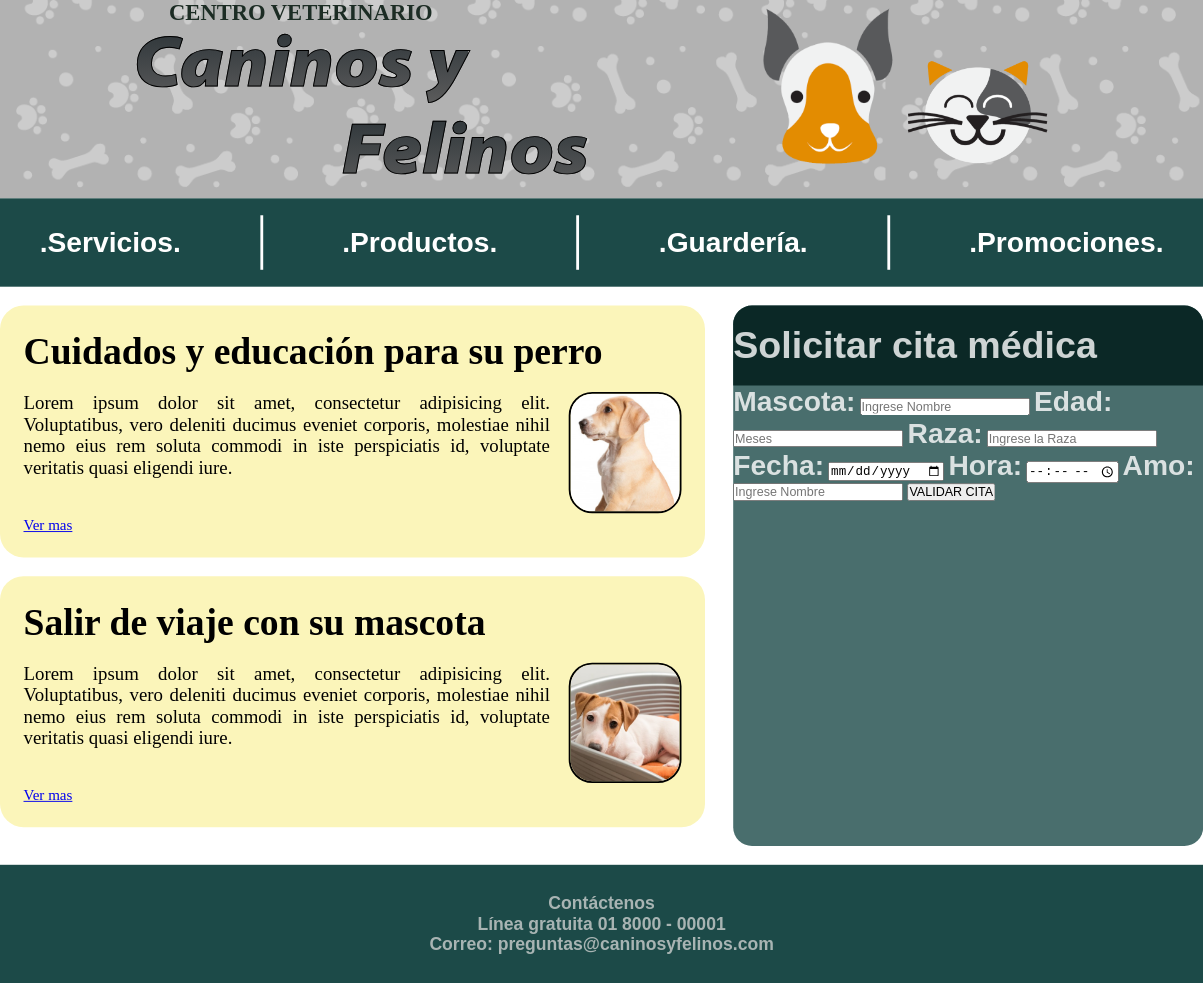
Repository: mariomr87/senaweb01
Page: principal.html
An editor plug-in stored every save of this project. The page is shown before and after the next save, followed by the edit.
The browser window is 1280 px wide. The pictures show the whole page, at 94% of full size.

Above is the page before, as saved 2021-10-23 13:27:22.

### principal.html
<!DOCTYPE html>
<html lang="en">
<head>
    <meta charset="UTF-8">
    <meta http-equiv="X-UA-Compatible" content="IE=edge">
    <meta name="viewport" content="width=device-width, initial-scale=1.0">
    <link rel="stylesheet" href="estilos.css">
    <title>Document</title>
</head>
<body>
    <div>
        <header>
            <div id="cabecera">
                <div class="header-text">
                    <h3>CENTRO VETERINARIO</h3>
                    <h1><span id="header-text-degrad">Caninos y <br><span id="text-felinos">Felinos</span></spa></h1>
                </div>
                <div class="header-img">
                    <img src="./imagenes/dog_white.png" alt="">
                    <img src="./imagenes/cat_white.png" alt="">
                </div>
            </div>
        </header>
        <nav>
            <td>
                <tr><a href="">.Servicios.</a><span class="linea"></span></tr>
                <tr><a href="">.Productos.</a><span class="linea"></span></tr>
                <tr><a href="">.Guardería.</a><span class="linea"></span></tr>
                <tr><a href="">.Promociones.</a></tr>
            </td>
        </nav>
        <div class="centro-pag">
            <section>
                <article>
                    <h2>Cuidados y educación para su perro</h2>
                    <div class="centropag-texto">
                        <p>Lorem ipsum dolor sit amet, consectetur adipisicing elit. Voluptatibus, vero deleniti ducimus eveniet corporis, molestiae nihil nemo eius rem soluta commodi in iste perspiciatis id, voluptate veritatis quasi eligendi iure.</p>
                        <div><img src="./imagenes/perro1.png" alt=""></div>
                    </div>
                    <a href="#">Ver mas</a>
                </article>
                <article>
                    <h2>Salir de viaje con su mascota</h2>
                    <div class="centropag-texto">
                        <p>Lorem ipsum dolor sit amet, consectetur adipisicing elit. Voluptatibus, vero deleniti ducimus eveniet corporis, molestiae nihil nemo eius rem soluta commodi in iste perspiciatis id, voluptate veritatis quasi eligendi iure.</p>
                        <div><img src="./imagenes/perro2.png" alt=""></div>
                    </div>
                    <a href="#">Ver mas</a>
                </article>
            </section>
            <aside>
                <form action="">
                    <div><h2>Solicitar cita médica</h2></div>
                    <div class="cuestionario">
                        <label for="mascota_name">Mascota:</label>
                        <input type="text" placeholder="Ingrese Nombre" id="">

                        <label for="age_pet">Edad:</label>
                        <input type="number" name="" id="" placeholder="Meses">

                        <label for="raza_pet">Raza:</label>
                        <input type="text" name="" id="" placeholder="Ingrese la Raza">

                        <label for="fecha_ingreso_pet">Fecha:</label>
                        <input type="date" name="" id="">

                        <label for="hora_ingreso_pet">Hora:</label>
                        <input type="time" name="" id="">

                        <label for="amo_pet">Amo:</label>
                        <input type="text" name="" id="" placeholder="Ingrese Nombre">

                        <button type="submit">VALIDAR CITA</button>
                    </div>
                </form>
            </aside>
        </div>
        <footer>
            <h3>Contáctenos</h3>
            <h3>Línea gratuita 01 8000 - 00001</h3>
            <h3>Correo: preguntas@caninosyfelinos.com</h3>
        </footer>
    </div>
</body>
</html>

### estilos.css
*{
    margin: 0px;
    padding: 0px;
    box-sizing:border-box;
}

@font-face {
    font-family: Myriad_Pro ;
    src: url(./extra/MyriadProBlackSemiExtendedItalic.otf);
}

h1{
    font-family: Myriad_pro;
}

header div img{
    width: 10em;
}

#cabecera{
    background-image: url("./imagenes/fondo.png");
    background-repeat: initial;
    width: 100%;
    display: flex;
    text-align: center;
}

.header-text,.header-img{
    width:50%;
}

.header-text h3{
    font-size: 1.5em;
    color:#1c2c24;
}

.header-text h1{
    font-size: 4.8em;
}

#header-text-degrad{
    background: linear-gradient(#30373b,#5c5c5c);
    -webkit-background-clip: text;
    -webkit-text-fill-color: transparent;
    -webkit-text-stroke: 1px black;
}

#text-felinos{
    margin-left: 350px;
}

nav{
    display: flex;
    flex-direction: row;
    justify-content: space-around;
    background: #1c4a48;
    margin-bottom: 20px;
}

nav a{
    color: #fff;
    font-weight: bold;
    text-decoration: none;
    font-size: 30px;
    font-family: Arial, Helvetica, sans-serif;
    padding: 30px 0;
}

.linea{
    border-right: 3px solid #fff;
    margin: 18px 0;
}

.centro-pag{
    display: flex;
}

.centropag-texto{
    display: flex;
    padding-top: 20px;
}

section{
    width: 60%;
    margin-right: 30px;
}

article{
    background: #fbf5ba;
    margin-bottom: 20px;
    padding: 25px;
    border-radius: 25px;
}

article h2{
    font-size: 40px;
}

article p{
    font-size: 20px;
    text-align: justify;
    padding-right: 20px;
}

article div img {
    width: 120px;
    border: 2px solid black;
    border-radius: 25px;
}

form  div h2{
    background:#0b2826 ;
    border-radius: 20px 20px 0 0;
    color: #ced4d4;
    font-size: 40px;
    padding: 20px 0;
}

aside{
    font-family: Arial, Helvetica, sans-serif;
    background: #496e6d;
    width: 40%;
    border-radius: 20px;
}

form label{
    font-weight:bold;
    font-size: 30px;
    color: #dae1e1 ;
}

footer{
    text-align: center;
    background: #1c4a48;
    color: #a8b4b3;
    padding: 30px 0;
    font-family: Arial, Helvetica, sans-serif;
    margin-top: 20px;
}

After the next save:
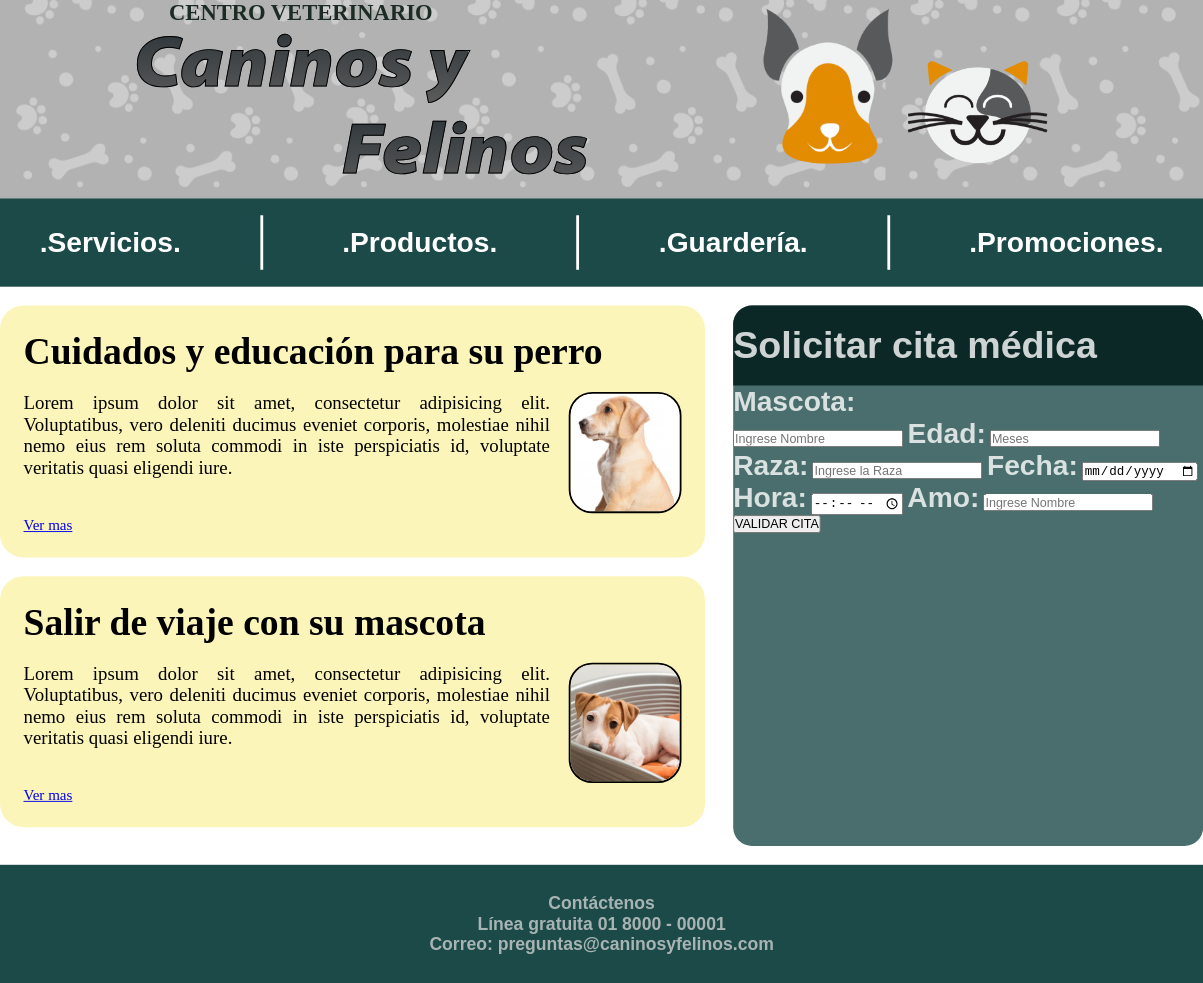
Saved 2 min 15 s later.
--- a/principal.html
+++ b/principal.html
@@ -52,7 +52,7 @@
                 <form action="">
                     <div><h2>Solicitar cita médica</h2></div>
                     <div class="cuestionario">
-                        <label for="mascota_name">Mascota:</label>
+                        <div><label for="mascota_name">Mascota:</label></div>
                         <input type="text" placeholder="Ingrese Nombre" id="">
 
                         <label for="age_pet">Edad:</label>
